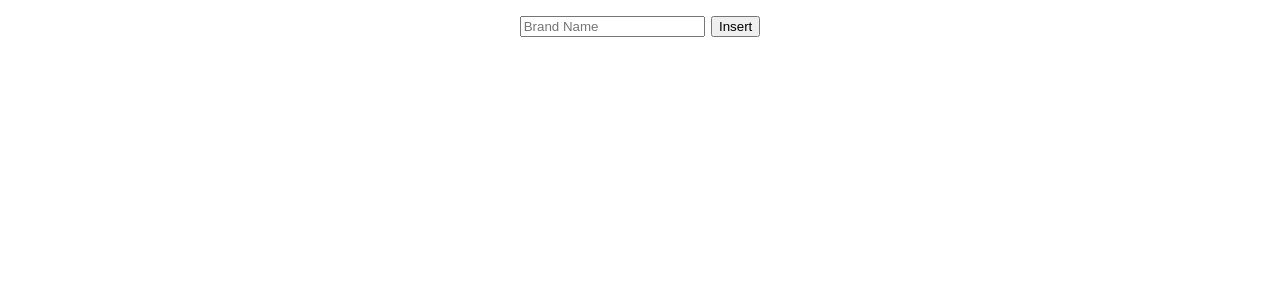
Repository: developerks611/Bumble-bee
Page: http://localhost/Bumble/add-brand.jsp
These files come from the project's save history. The page is drawn as it stood at one moment and after the next save; the edit follows.
The browser window is 1280 px wide. The pictures show the whole page.
The page is served by Tomcat 9.

Above is the page before, as saved 2023-02-28 05:42:25.

After the next save:
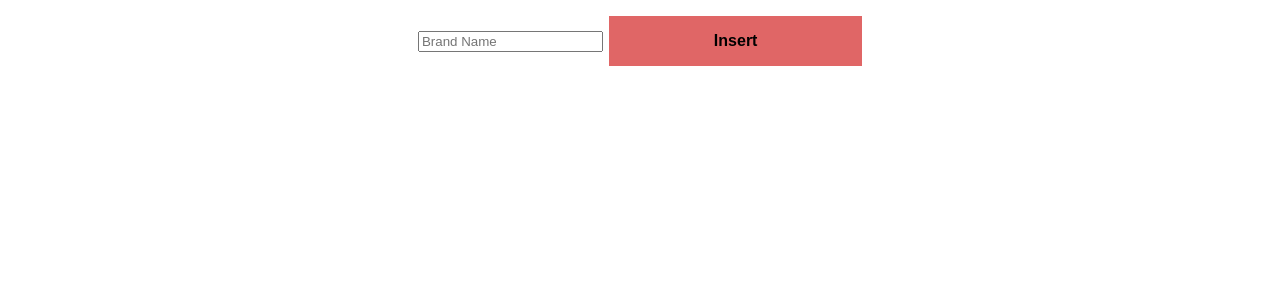
Saved 38 s later.
--- a/Bumble/src/main/webapp/add-brand.jsp
+++ b/Bumble/src/main/webapp/add-brand.jsp
@@ -14,6 +14,19 @@
 .createAccount {
 	margin-left: 0.5%;
 }
+
+.createAccount{
+
+	background-color:#e06666;
+	outline: none;
+    border: none;
+    width:20%;
+    height:50px;;
+    font-size:100%;
+    padding:10px;
+    font-weight:bold;
+}
+
 </style>
 </head>
 <body>
@@ -21,11 +34,6 @@
 		<p>${message }<p>
 		<form action="addBrand" method="post">
 			<input type="text" placeholder="Brand Name"><button type="submit" class="btn btn-success createAccount">Insert</button>
-
-
-
-
-
 		</form>
 
 
